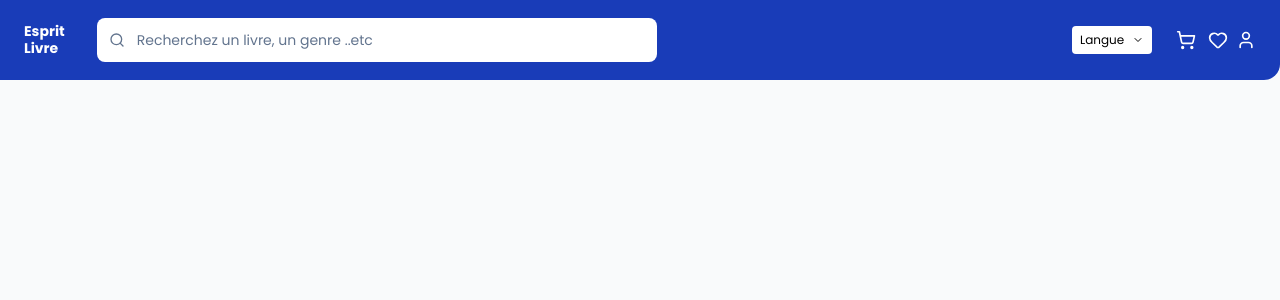
Repository: oussamabenberkane/esprit-livre-front
Page: /
The author's editor kept a copy of each file at every save. The page is drawn from the files as they stood at one save, then again after the next save.
The browser window is 1280 px wide. The pictures show the whole page.
The project was rebuilt for these pictures with package versions that can differ from the ones it lists, and the page was loaded fresh each time. Also part of the build but not shown: vite.config.js.

Above is the page before, as saved 2025-09-25 18:48:49.

After the next save:
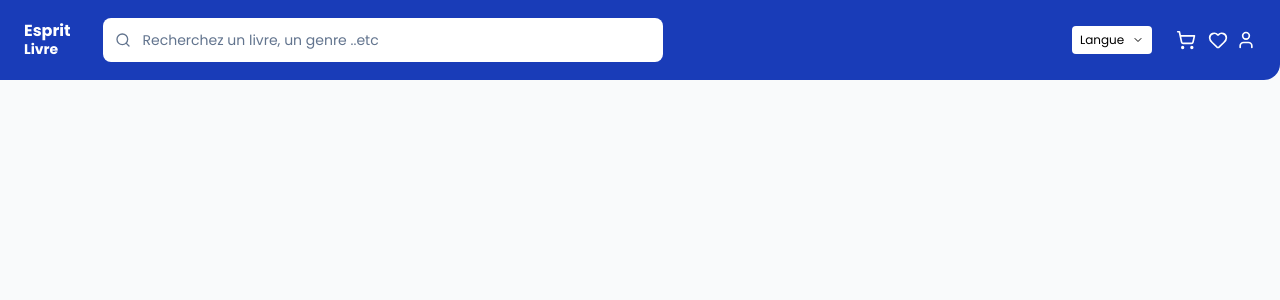
Saved 2 min 32 s later.
--- a/src/components/common/navbar.jsx
+++ b/src/components/common/navbar.jsx
@@ -3,7 +3,7 @@ import { Search, ChevronDown, ShoppingCart, Heart, User } from 'lucide-react';
 // Logo Component
 const Logo = () => (
     <div className="flex flex-col text-white">
-        <div className="text-sm font-bold leading-tight">Esprit</div>
+        <div className="text- font-bold leading-tight">Esprit</div>
         <div className="text-sm font-bold leading-tight">Livre</div>
     </div>
 );
